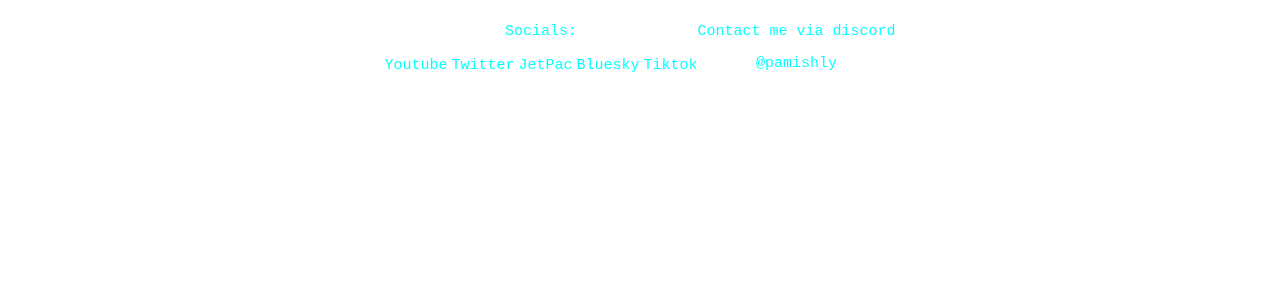
Repository: Pamishly/resources
Page: footer.html
These files come from the project's save history. The page is drawn as it stood at one moment and after the next save; the edit follows.
The browser window is 1280 px wide. The pictures show the whole page.

Above is the page before, as saved 2025-01-26 01:13:31.

After the next save:
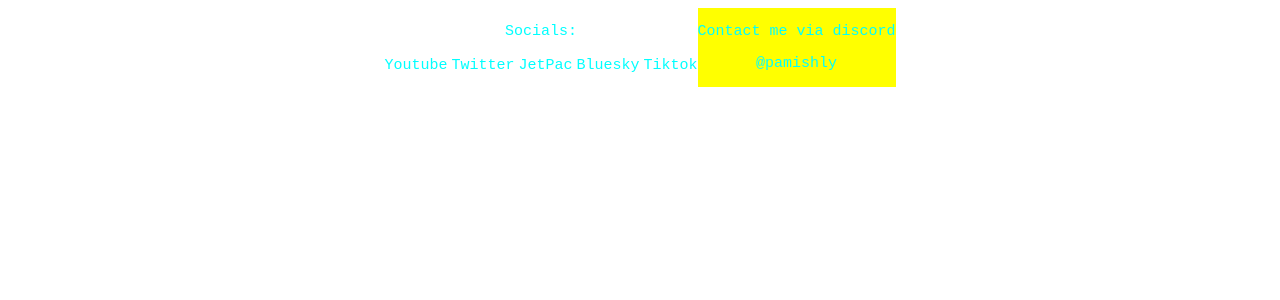
Saved 23 s later.
--- a/footer.html
+++ b/footer.html
@@ -24,4 +24,7 @@
         display: flex;
         justify-content: center;
     }
+    #contact {
+        background: yellow;
+    }
 </style>
